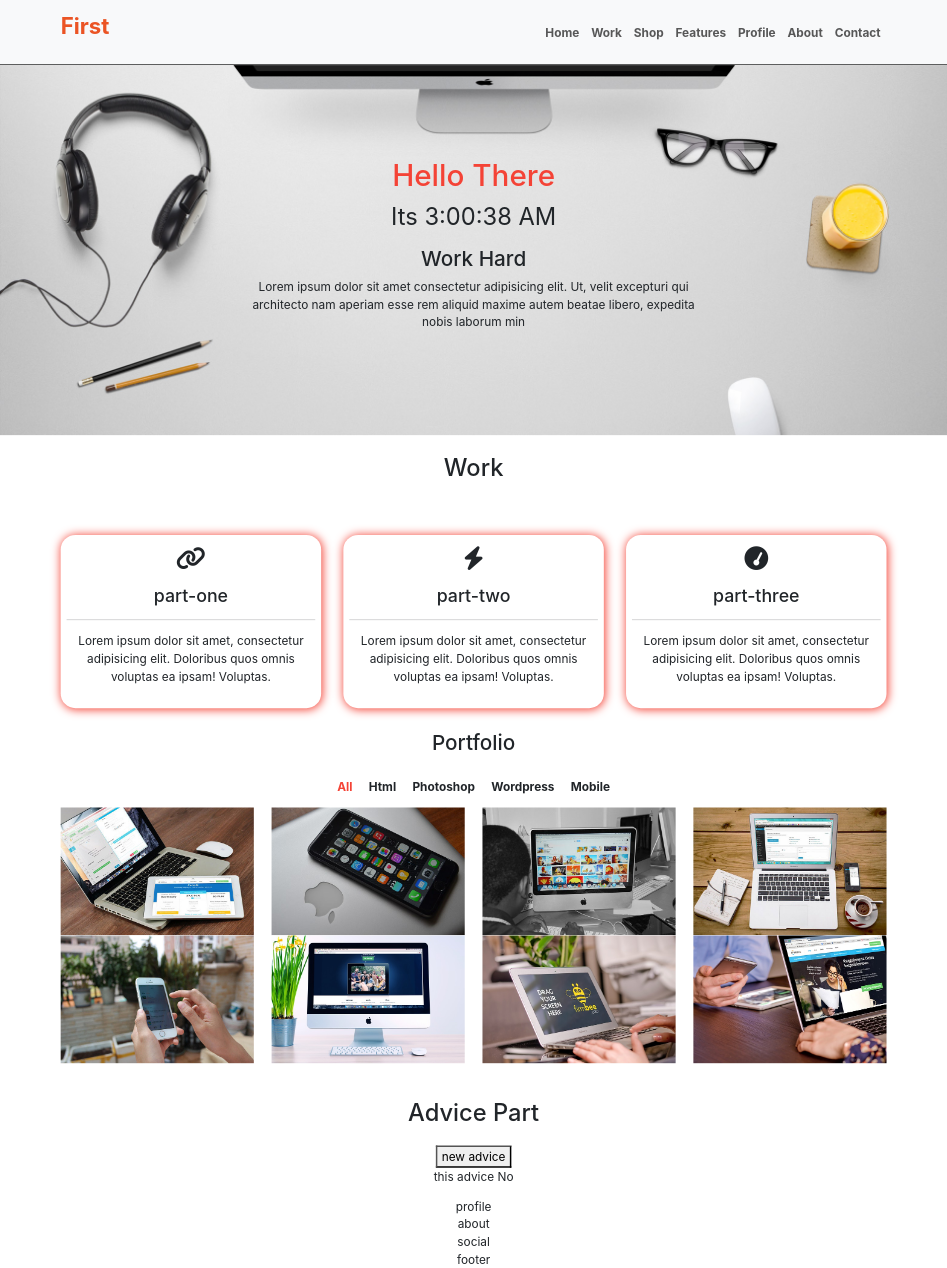
Repository: Hager-h/temple
Page: /
An editor plug-in stored every save of this project. The page is shown before and after the next save, followed by the edit.
The browser window is 1280 px wide. The pictures show the whole page, at 74% of full size.
The page's requests for data from a server got no answer. The project was rebuilt for these pictures with package versions that can differ from the ones it lists, and the page was loaded fresh each time. No one was signed in, and anything a server would have sent is missing. Also part of the build but not shown: src/components/contact/index.js, src/components/Shop/shop.css, src/components/Shop/Shop.js, src/components/card/card.css, src/components/card/Card.js.

Above is the page before, as saved 2023-07-17 16:05:55.

### src/index.js
import React from 'react';
import ReactDOM from 'react-dom/client';
import "../node_modules/bootstrap/dist/css/bootstrap.min.css"
import "../node_modules/bootstrap/dist/js/bootstrap.min.js"
import './index.css';

import App from './App';
import reportWebVitals from './reportWebVitals';
import { BrowserRouter } from 'react-router-dom';

const root = ReactDOM.createRoot(document.getElementById('root'));
root.render(
  <React.StrictMode>
  <BrowserRouter>
  <App />
  </BrowserRouter>
  </React.StrictMode>
);

// If you want to start measuring performance in your app, pass a function
// to log results (for example: reportWebVitals(console.log))
// or send to an analytics endpoint. Learn more: https://bit.ly/CRA-vitals
reportWebVitals();

### src/App.js
import './App.css';
import Home from "./components/home/Home"
import Contact from "./components/contact/index"
import Nav from "./components/navbar/Nav"
import {Routes,Route} from "react-router-dom"
import Shop from './components/Shop/Shop';
import Card  from './components/card/Card';
function App() {
  return (
    <div className="App">
    <Nav />
    <Routes>
    <Route path="/" element={<Home />} />
    <Route path="/contact" element={<Contact />} />
    <Route path="/shop" element={<Shop />} />
    <Route path="shop/:cardId" element={<Card />} />

    </Routes>




    </div>
  );
}

export default App;

### src/components/home/Home.js
import React from 'react'
import Work from "./../work/Work"
import Portfolio from "./../portfolio/Portfolio"
import Footer from "./../footer/Footer"
import Social from "./../social/Social"
import About from "./../about/about"
import Profile from "./../Profile/Profile"
import Landing from "./../landing/landing"
import Advice from "./../advice/Advice"
export default function Home() {
  return (
    <div>

<Landing />
    <Work />
    <Portfolio />
<Advice />
    <Profile />
    <About />
    <Social />
    <Footer />



    </div>
    )
}

### src/components/navbar/Nav.js
import React from "react"
import { Link } from 'react-router-dom'

import "./navStyle.css"
export default function Nav() {
  return (



    <nav className="navbar navbar-expand-lg bg-body-tertiary ">
    <div className="container ">
      <p className="navbar-brand logo-text" >First</p>
      <button className="navbar-toggler" type="button" data-bs-toggle="collapse" data-bs-target="#navbarNavAltMarkup" aria-controls="navbarNavAltMarkup" aria-expanded="false" aria-label="Toggle navigation">
        <span className="navbar-toggler-icon"></span>
      </button>
      <div className="collapse navbar-collapse  " id="navbarNavAltMarkup">
        <div className="navbar-nav ms-auto">
          <Link className="nav-link " to="/">Home</Link>
          <Link className="nav-link" to="/work">Work</Link>
          <Link className="nav-link" to="/shop">Shop</Link>
          <Link className="nav-link" to="/feat">Features</Link>
          <Link className="nav-link" to="/profile">Profile</Link>
          <Link className="nav-link" to="/about">About</Link>
          <Link className="nav-link" to="/contact">Contact</Link>
        </div>

      </div>
    </div>
  </nav>

















  )
}

### src/components/work/Work.js
import "./work.css"
import {Usehook} from "../hook/Hook"
export default function Work() {
  const[data,loading,err]=Usehook('js/data.json')



const dataList=data.map(item=>{
  return (
    <div key={item.id}className="part first">
    <i className={item.icon_name}></i>
<h4 className="part-title">{item.title}</h4>
<hr className="line"/>
<p className="part-desc">
{item.body}
</p>
</div>
  )
})
  return (
    <div className="work">
    <div className="container">

        <h2 className="work-title"><span>My</span> Work</h2>
        <div className="all-work">

        {loading&&<p className="spinner"></p>}
          {dataList}
          {err&&<p className="Err">{err}</p>}
            </div>
    </div>
</div>
  )
}

### src/components/portfolio/Portfolio.js
import React,{useEffect,useState} from 'react'

import "./port.css"
import {Usehook} from "../hook2/Hook2.js"

export default function Portfolio() {


    const[data,loading,err]=Usehook('js/data.json')

    const images=data.map((item)=>{
      console.log(item)
      return(

<div key={item.id} className=" col-md-3 box">
<div className="overlay"></div>
<span>Show Image</span>
<div className="show ">

<img className="port-image  " src={item.image} alt="image" />

          </div>







      </div>


    )
  })






  return (
    <div className="port">
<h3> <span> My</span> Portfolio</h3>

<div className="catgeory">
<p className="orange">All</p>
<p>Html</p>
<p>Photoshop</p>
<p>Wordpress</p>
<p> Mobile</p>
</div>
<div className="container">
        <div className="row ">






{images}

        </div>
        </div>






</div>











  )
}

### src/components/social/Social.js
import React from 'react'

export default function Social() {
  return (
    <div>
      social
    </div>
  )
}

### src/components/landing/landing.js
import React,{Fragment, useState,useEffect} from 'react'
import "./landing.css"
export default function Landing() {
  const [time, settime] = useState(new Date().toLocaleTimeString())
  useEffect(() => {
    setInterval(() => {
      settime(new Date().toLocaleTimeString())
    },1000)
  },[])
  return (
    <>
    <div className='landing'>
    <div className='containerr'>
    <div className='text-landing'>

    <h1>hello there
    </h1>
              <p className="text-dark fs-2"> Its {time}</p>
<h3>work hard </h3>
<p>Lorem ipsum dolor sit amet consectetur adipisicing elit. Ut, velit excepturi qui architecto nam aperiam esse rem aliquid maxime autem beatae libero, expedita nobis laborum min</p>

</div>
      </div>
    </div>
    </>
  )
}

### src/components/advice/Advice.js
import React from 'react'
import "./advics.css"
import {useState,useEffect}from "react"
import axios from "axios"
export default function Advice() {
  const [advice, setadvice] = useState("")
  const [count, setcount] = useState()

  const getAdvice = () => {
    axios.get(`https://api.adviceslip.com/advice`)
      .then((res) => setadvice(res.data.slip.advice)
      )
  }

  useEffect(() => {
    getAdvice()
  },[])
  return (
    <div className="advice mt-5">
      <h2 className="mt-4 mb-4">Advice Part</h2>
      <p className="ad-col fs-5 ">{advice}</p>
      <button classNmae="mt-2 mb-2" onClick={ getAdvice }>new advice</button>
      <p>this advice No { count}</p>

    </div>
  )
}

### src/components/navbar/navStyle.css
.navbar {
  background: #fff;
  border-bottom: 1px solid #000;


}




 .logo-text {
  font-size: 30px;
  font-weight: bold;
  color:#eb5424
};
.nav-link{
  font-weight: bolder;}
.nav-link:focus, .nav-link:hover {
  color: #F44336;
}.nav-link:focus, .nav-link:hover {
  color: #F44336;

}
.navbar-nav{
  font-weight: bolder;

}
.navbar-toggler:focus{
  border:2px solid #F44336;
  box-shadow: 0 0 0 #F44336;
}
@media(max-width:570px){
  .text-landing{
    width:100%;
  }
}

### src/components/work/work.css



.all-work{display: flex;
    justify-content: center;
    align-items: center;
    margin-top: 72px;}
    .part{
      box-shadow: 1px 1px 13px 1px #f44336;
    border-radius: 20px;
    padding: 15px 8px;

    }
    .part-title{
      margin-top:20px;
    }
    .part:not(:last-child){
      margin-right:30px
    }
    .work-title span{
      color:#f44336
    }
    .work-title{
      margin-top:25px
    }
.loading{

}
.Err{
  font-weight:bolder;
  text-transform: capitalize;
      color:#f44336;
font-size :22px;
margin-bottom: 30px;
text-align: center;
}

.spinner {
  border: 3px solid #f3f3f3;
  border-top: 3px solid #f44336;
  border-radius: 50%;
  width: 20px;
  height: 40px;
  animation: spin 1s linear infinite;
  position: absolute  ;
  top:50%;
  left:50%;
  transform:translate(-50%,-50%)
   ;
  -webkit-transform:translate(-50%,-50%)  ;
  -moz-transform:translate(-50%,-50%)  ;
  -ms-transform:translate(-50%,-50%)  ;
  -o-transform:translate(-50%,-50%)  ;
}

@keyframes spin {
  0% { transform: rotate(0deg); }
  100% { transform: rotate(360deg); }
}


    @media(max-width:570px){
      .all-work{
      flex-wrap:wrap;
      }
.part:not(:last-child){
  margin-right: 0;
}
.part{
  margin-bottom: 22px;
}

    }

### src/components/hook/Hook.js
import {useEffect,useState}from 'react'
import axios from 'axios'
export  function Usehook(url) {
  const [data,setdata]=useState([])
  const [err,seterr]=useState(null)
  const [loading,setloading]=useState(null)

  useEffect(()=>{
    setloading(true)
    axios.get(url).then(res=>
      {
      setloading(false)
    setdata(res.data.works)
    console.log(res.data)
    seterr(false)
    }
    ).catch(err=>{
      setloading(false)
      seterr("something went wrong")
    })

  },[])
return[data,loading,err]
}

### src/components/portfolio/port.css
.port{
  margin-top:30px;
}
.box{position:relative;
  overflow: hidden;


}
 .catgeory{
  display :flex;
  justify-content: center;
  align-items: center;
  margin-top: 30px;

 }
 .catgeory p:not(:last-child){
  margin-right: 22px;
 }
.catgeory p{
  cursor:pointer;
  font-weight: bold;

}
.catgeory p:hover,.orange{
  color: #F44336;
}


  .port-image{
    max-width:100%;

 }
 span{
  border:1px solid #F44336;
  position: absolute;
  top:50%;
  left:50%;
  transform: translate(-50%,-50%);
  -webkit-transform: translate(-50%,-50%);
  -moz-transform: translate(-50%,-50%);
  -ms-transform: translate(-50%,-50%);
  -o-transform: translate(-50%,-50%);
  background-color: aliceblue;
  padding: 8px 8px;
  border-radius: 14px;
  -webkit-border-radius: 14px;
  -moz-border-radius: 14px;
  -ms-border-radius: 14px;
  -o-border-radius: 14px;
  cursor:pointer;
  font-weight:bolder;
  opacity:0;

}
.overlay{
  position: absolute;
  top: 0;
  left: 0;
  bottom: 0;
  right: 0;
  background: rgba(224, 158, 138, 0.5);
  font-size: 15px;
  opacity: 0;
  max-width:100% ;
}
.box:hover .overlay,
.box:hover span{
  opacity: 1;
}

### src/components/hook2/Hook2.js
import React ,{useEffect,useState}from 'react'
import axios from 'axios'
export  function Usehook(url) {
  const [data,setdata]=useState([])
  const [err,seterr]=useState(null)
  const [loading,setloading]=useState(null)

  useEffect(()=>{
    setloading(true)
    axios.get(url).then(res=>
      {
      setloading(false)
    setdata(res.data.portfolio)
    console.log(res.data.portfolio)
    seterr(false)
    }
    ).catch(_err=>{
      setloading(false)
      seterr("something went wrong")
    })

  },[url])
return[data,loading,err]
}

### src/components/landing/landing.css
.landing{
  height: 500px;
   background:url("../../../public/images/Home/home-bg.jpg");
  background-position: center;
  background-size: cover;
position: relative;
text-align: center;
}
.containerr{
  width:85%;
  margin:auto;
}
.text-landing{
  position:absolute;
  top:50%;
  left:50%;
  transform: translate(-50%,-50%);
  -webkit-transform: translate(-50%,-50%);
  -moz-transform: translate(-50%,-50%);
  -ms-transform: translate(-50%,-50%);
  -o-transform: translate(-50%,-50%);
}
h1{
  color:#F44336;
  text-transform: capitalize;

}
h3{
  text-transform: capitalize;

}

### src/components/advice/advics.css
.ad-col{
  color:#f44336;
  font-weight:bolder;
}

### public/js/data.json
{
  "works" : [
      {
          "id" : 1,
          "icon_name": "icon fa fa-chain fa-2x",
          "title": "part-one",
          "body": "Lorem ipsum dolor sit amet, consectetur adipisicing elit. Doloribus quos omnis voluptas ea ipsam! Voluptas."
      },
      {
          "id" : 2,
          "icon_name": "icon fa fa-bolt fa-2x",
          "title": "part-two",
          "body": "Lorem ipsum dolor sit amet, consectetur adipisicing elit. Doloribus quos omnis voluptas ea ipsam! Voluptas."
      },
      {
          "id" : 3,
          "icon_name": "icon fa fa-tachometer fa-2x",
          "title": "part-three",
          "body": "Lorem ipsum dolor sit amet, consectetur adipisicing elit. Doloribus quos omnis voluptas ea ipsam! Voluptas."
      }
  ],

  "portfolio" : [
      {
          "id":1,
          "image": "/images/Portfolio/portfolio-img1.jpg"

      },
      {
          "id":2,
          "image": "/images/Portfolio/portfolio-img2.jpg"
        },
      {
          "id":3,
          "image": "/images/Portfolio/portfolio-img3.jpg"
        },
      {
          "id":4,
          "image": "/images/Portfolio/portfolio-img4.jpg"
        },
      {
          "id":5,
          "image": "/images/Portfolio/portfolio-img5.jpg"
        },
      {
          "id":6,
          "image": "/images/Portfolio/portfolio-img6.jpg"
      },
      {
          "id":7,
          "image": "/images/Portfolio/portfolio-img7.jpg"
      },
      {
          "id":8,
          "image": "/images/Portfolio/portfolio-img8.jpg"
      }
  ] ,
  "social" : [
      {
          "id": 1,
          "icon" : "icon fa fa-facebook fa-lg",
          "title" : "Follow Me on",
          "body" : "Social Facebook"
      },
      {
          "id": 2,
          "icon" : "icon fa fa-twitter fa-lg",
          "title" : "Tweet Me on",
          "body" : "Social twitter"
      },
      {
          "id": 3,
          "icon" : "icon fa fa-pinterest fa-lg",
          "title" : "Pin Me on",
          "body" : "Social Pinterest"
      }
  ]
}

Loaded but not shown: public/index.html (common file); src/index.css (common file); src/reportWebVitals.js (common file); src/App.css (common file); src/components/footer/Footer.js (common file); src/components/about/About.js (common file); src/components/Profile/Profile.js (common file)

After the next save:
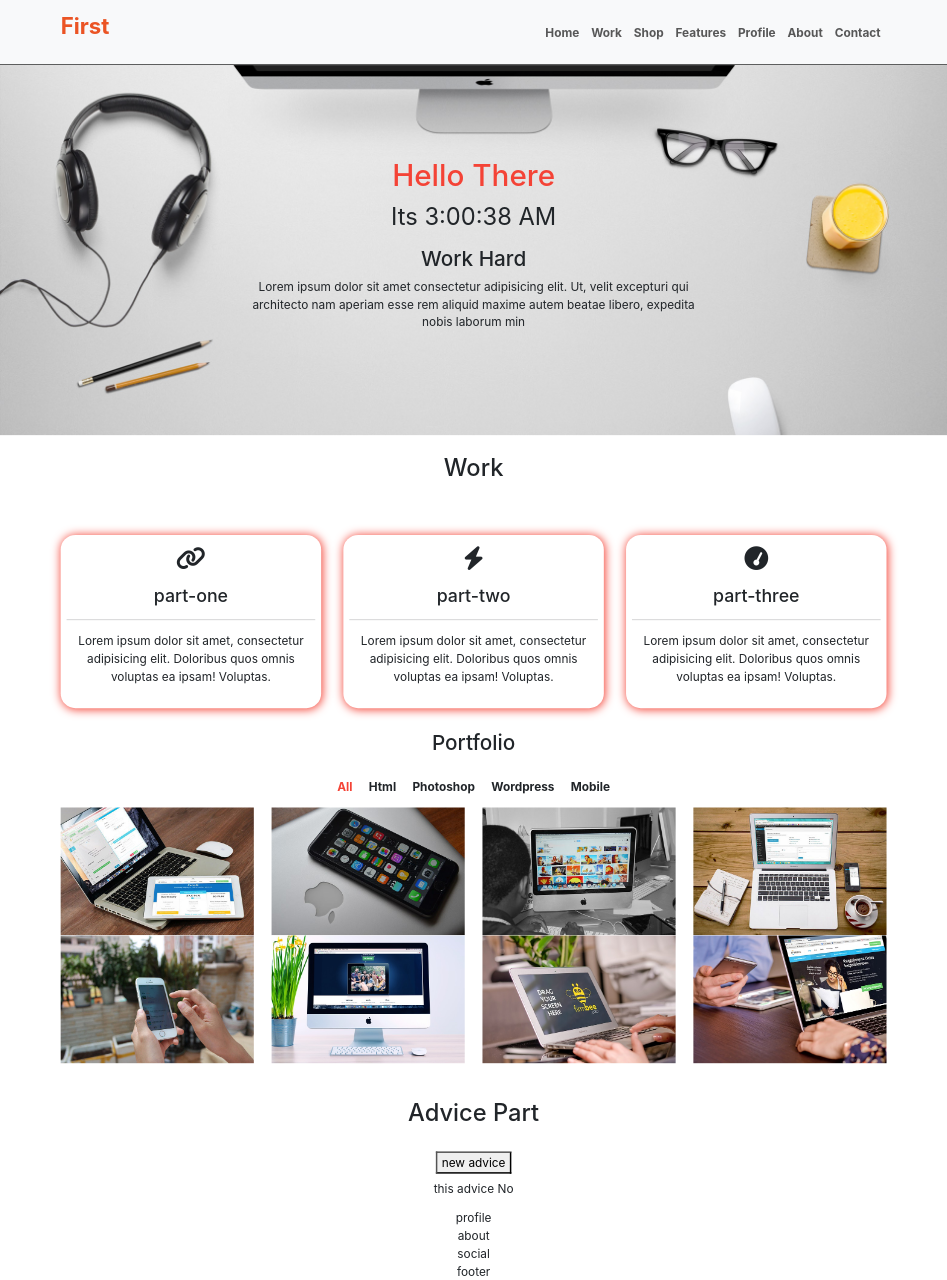
Saved 30 s later.
--- a/src/components/advice/Advice.js
+++ b/src/components/advice/Advice.js
@@ -19,7 +19,7 @@ export default function Advice() {
     <div className="advice mt-5">
       <h2 className="mt-4 mb-4">Advice Part</h2>
       <p className="ad-col fs-5 ">{advice}</p>
-      <button classNmae="mt-2 mb-2" onClick={ getAdvice }>new advice</button>
+      <button className="mt-2 mb-2" onClick={ getAdvice }>new advice</button>
       <p>this advice No { count}</p>
 
     </div>
